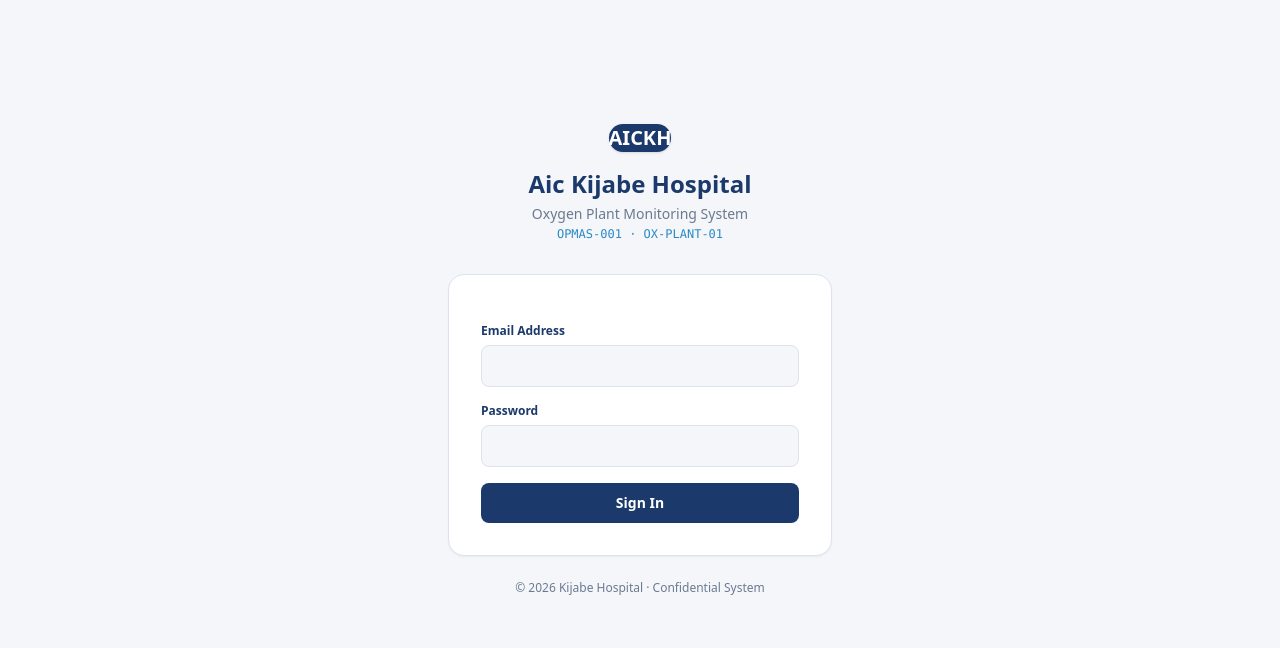
Repository: MosesCodeX-CS/OPMAS-001
Page: http://localhost/login
The author's editor kept a copy of each file at every save. The page is drawn from the files as they stood at one save, then again after a run of saves.
The browser window is 1280 px wide. The pictures show the whole page.
Some web libraries are served in a nearby version. The page is served by the project's Laravel application, run on PHP 8.4 with Laravel 12.

Above is the page before, as saved 2026-07-14 12:17:00.

After the next 2 saves:
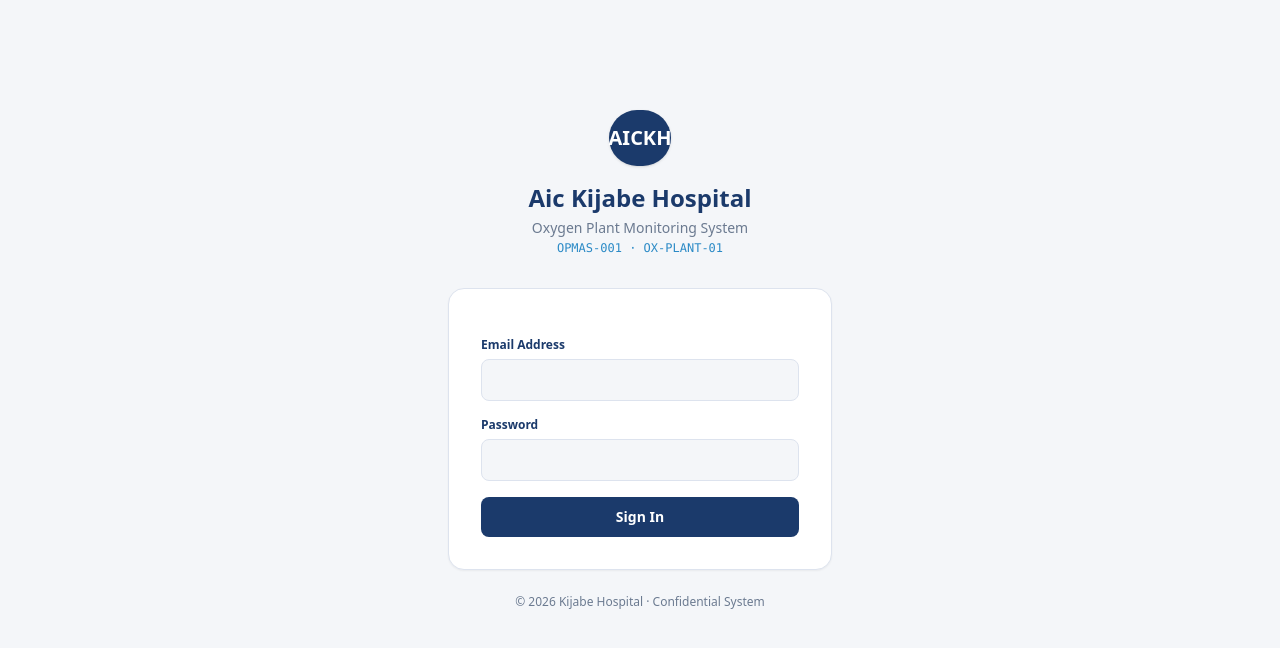
The 2 saves are shown as one change because they came seconds apart.
The last was saved 13 s later.
--- a/opmas-app/resources/views/auth/login.blade.php
+++ b/opmas-app/resources/views/auth/login.blade.php
@@ -9,7 +9,7 @@
 <body class="min-h-screen flex items-center justify-center" style="background-color:#F4F6F9;">
     <div class="w-full max-w-sm">
         <div class="text-center mb-8">
-            <div class="inline-flex items-center justify-center w-18 h-18 rounded-full mb-4 shadow"
+            <div class="inline-flex items-center justify-center w-18 h-14 rounded-full mb-4 shadow"
                  style="background-color:#1B3A6B;">
                 <span class="text-white text-xl font-bold">AICKH</span>
             </div>
